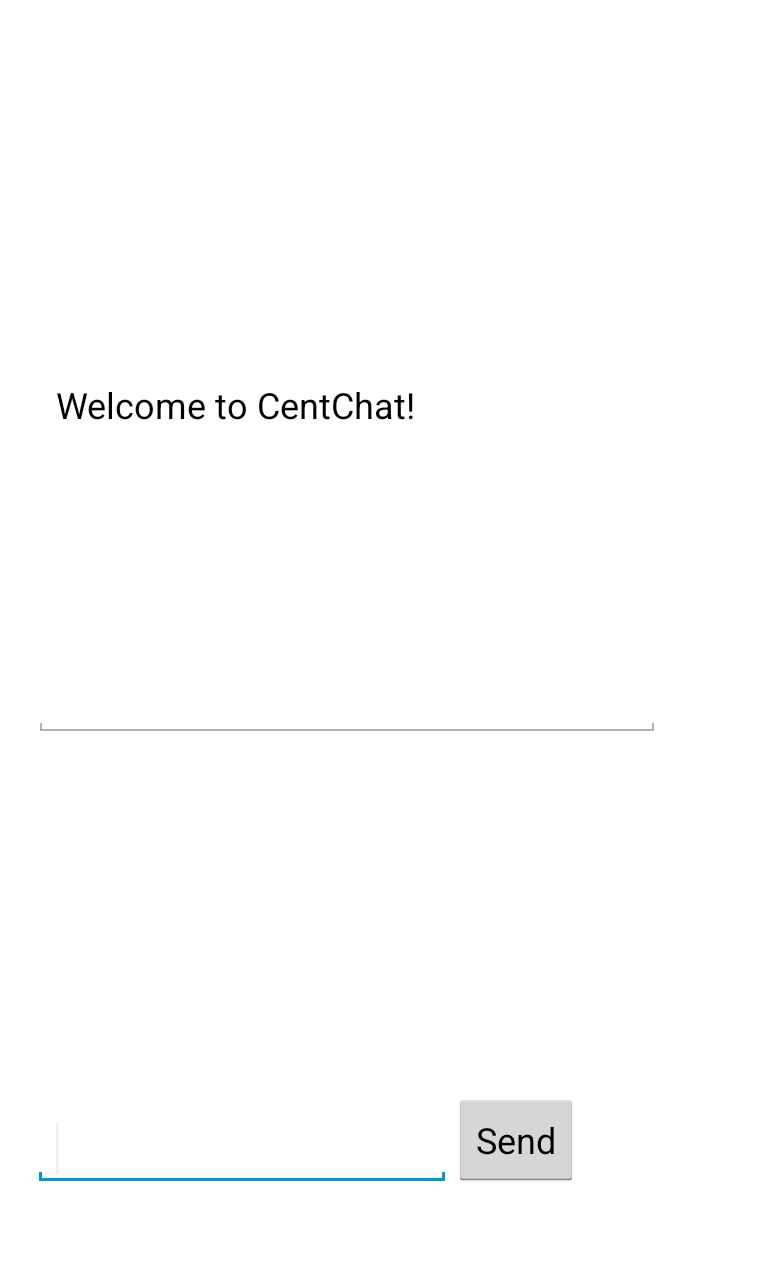
Repository: emeryduh/AndroidProject
Layout: client/TeamJonesProject/res/layout/activity_main.xml
An editor plug-in stored every save of this project. The layout is shown before and after the next save, followed by the edit.
It is drawn on a 768 x 1280 px phone screen (xhdpi) without system bars, with theme AppTheme; the app's code is not run. The app's manifest (not shown) leaves right-to-left support off. So textAlignment, textDirection and layoutDirection are ignored, and left and right values win over start and end ones.

Above is the layout before, as saved 2014-09-23 22:58:36.

### client/TeamJonesProject/res/layout/activity_main.xml
<RelativeLayout xmlns:android="http://schemas.android.com/apk/res/android"
    xmlns:tools="http://schemas.android.com/tools"
    android:layout_width="match_parent"
    android:layout_height="match_parent"
    android:paddingBottom="@dimen/activity_vertical_margin"
    android:paddingLeft="@dimen/activity_horizontal_margin"
    android:paddingRight="@dimen/activity_horizontal_margin"
    android:paddingTop="@dimen/activity_vertical_margin"
    tools:context="com.comp313.MainActivity" >

    <EditText
        android:id="@+id/clientText"
        android:layout_width="wrap_content"
        android:layout_height="wrap_content"
        android:layout_alignParentBottom="true"
        android:layout_alignParentStart="true"
        android:layout_marginBottom="30dp"
        android:ems="10" >

        <requestFocus />
    </EditText>

    <Button
        android:id="@+id/btnSend"
        android:layout_width="wrap_content"
        android:layout_height="wrap_content"
        android:layout_alignBottom="@+id/clientText"
        android:layout_toEndOf="@+id/clientText"
        android:text="@string/btnSend_text" />

    <EditText
        android:id="@+id/chatBox"
        android:layout_width="wrap_content"
        android:layout_height="wrap_content"
        android:layout_alignStart="@+id/clientText"
        android:layout_alignParentTop="true"
        android:layout_marginTop="20dp"
        android:clickable="false"
        android:ems="15"
        android:focusable="false"
        android:focusableInTouchMode="false"
        android:inputType="textMultiLine"
        android:lines="15"
        android:linksClickable="false"
        android:maxWidth="@dimen/chatbox_max_height"
        android:minHeight="@dimen/chatbox_min_height"
        android:minWidth="@dimen/chatbox_min_width"
        android:scrollHorizontally="false"
        android:text="@string/default_text" >
    </EditText>

</RelativeLayout>

### client/TeamJonesProject/res/values/dimens.xml
<resources>

    <!-- Default screen margins, per the Android Design guidelines. -->
    <dimen name="activity_horizontal_margin">16dp</dimen>
    <dimen name="activity_vertical_margin">16dp</dimen>

    <!-- Chat Activity Configuration -->
    <dimen name="chatbox_min_height">4dp</dimen>
    <dimen name="chatbox_max_height">48dp</dimen>
    <dimen name="chatbox_min_width">15dp</dimen>
    <dimen name="chatbox_max_width">100dp</dimen>
</resources>

### client/TeamJonesProject/res/values/strings.xml
<?xml version="1.0" encoding="utf-8"?>
<resources>

    <string name="app_name">Team Jones Project</string>
    <string name="hello_world">Hello world!</string>
    <string name="action_settings">Settings</string>

    <!-- Chat screen text -->
    <string name="btnSend_text">Send</string>
    <string name="default_text">Welcome to CentChat!</string>

</resources>

Loaded but not shown: client/TeamJonesProject/res/values/styles.xml (common file); client/TeamJonesProject/res/values-v11/styles.xml (common file); client/TeamJonesProject/res/values-v14/styles.xml (common file); client/TeamJonesProject/res/values-w820dp/dimens.xml (common file)

After the next save:
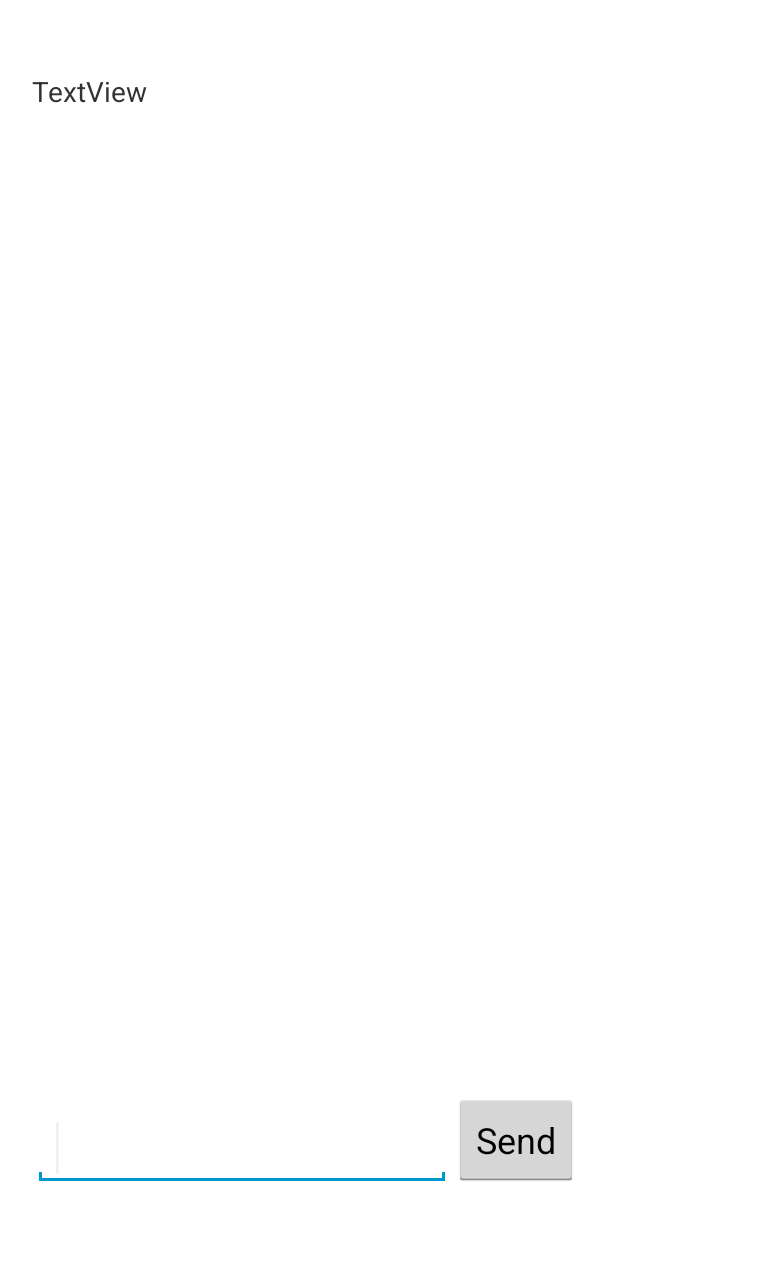
Saved 73 s later.
--- a/client/TeamJonesProject/res/layout/activity_main.xml
+++ b/client/TeamJonesProject/res/layout/activity_main.xml
@@ -28,25 +28,20 @@
         android:layout_toEndOf="@+id/clientText"
         android:text="@string/btnSend_text" />
 
-    <EditText
-        android:id="@+id/chatBox"
+    <TextView
+        android:id="@+id/textView1"
         android:layout_width="wrap_content"
         android:layout_height="wrap_content"
-        android:layout_alignStart="@+id/clientText"
+        android:layout_alignLeft="@+id/clientText"
         android:layout_alignParentTop="true"
         android:layout_marginTop="20dp"
-        android:clickable="false"
-        android:ems="15"
-        android:focusable="false"
-        android:focusableInTouchMode="false"
-        android:inputType="textMultiLine"
-        android:lines="15"
-        android:linksClickable="false"
-        android:maxWidth="@dimen/chatbox_max_height"
+        android:lines="19"
+        android:maxHeight="@dimen/chatbox_max_height"
+        android:maxLines="19"
+        android:maxWidth="@dimen/chatbox_max_width"
         android:minHeight="@dimen/chatbox_min_height"
+        android:minLines="19"
         android:minWidth="@dimen/chatbox_min_width"
-        android:scrollHorizontally="false"
-        android:text="@string/default_text" >
-    </EditText>
+        android:text="TextView" />
 
 </RelativeLayout>
